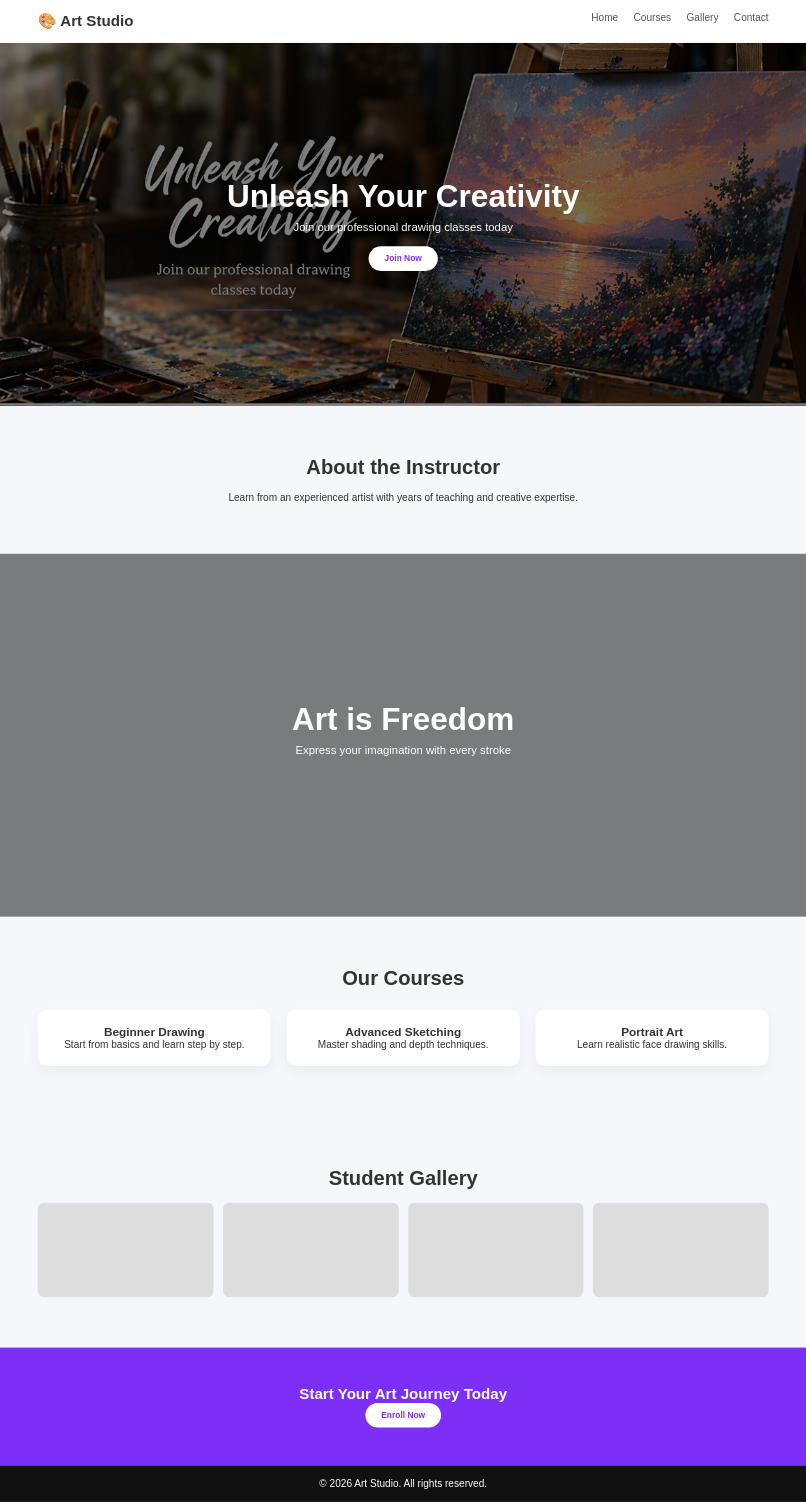
Repository: nandharjpm/Art-World
Page: http://localhost/
The author's editor kept a copy of each file at every save. The page is drawn from the files as they stood at one save, then again after the next save.
The browser window is 1280 px wide. The pictures show the whole page, at 63% of full size.
Backgrounds fixed to the window are drawn as part of the page. The page is served by the project's Laravel application, run on PHP 8.4 with Laravel 12. Other server files are loaded and not shown.

Above is the page before, as saved 2026-04-18 15:02:52.

### resources/views/welcome.blade.php
<!DOCTYPE html>
<html lang="en">
<head>
    <meta charset="UTF-8">
    <meta name="viewport" content="width=device-width, initial-scale=1.0">
    <title>Art Studio</title>

    <!-- CSS -->
    <link rel="stylesheet" href="{{ asset('css/style.css') }}">
</head>
<body>

<!-- Navbar -->
<nav class="navbar">
    <h1>🎨 Art Studio</h1>
    <div>
        <a href="#">Home</a>
        <a href="#">Courses</a>
        <a href="#">Gallery</a>
        <a href="#">Contact</a>
    </div>
</nav>

<!-- PARALLAX HERO -->
<div class="parallax" style="background-image: url('{{ asset('images/art1.png') }}');">
    <div class="parallax-content">
        <h1>Unleash Your Creativity</h1>
        <p>Join our professional drawing classes today</p>
        <button class="btn">Join Now</button>
    </div>
</div>

<!-- About -->
<div class="section">
    <h2>About the Instructor</h2>
    <p>Learn from an experienced artist with years of teaching and creative expertise.</p>
</div>

<!-- PARALLAX MIDDLE -->
<div class="parallax" style="background-image: url('{{ asset('images/art2.jpg') }}');">
    <div class="parallax-content">
        <h1>Art is Freedom</h1>
        <p>Express your imagination with every stroke</p>
    </div>
</div>

<!-- Courses -->
<div class="section">
    <h2>Our Courses</h2>
    <div class="card-container">
        <div class="card">
            <h3>Beginner Drawing</h3>
            <p>Start from basics and learn step by step.</p>
        </div>
        <div class="card">
            <h3>Advanced Sketching</h3>
            <p>Master shading and depth techniques.</p>
        </div>
        <div class="card">
            <h3>Portrait Art</h3>
            <p>Learn realistic face drawing skills.</p>
        </div>
    </div>
</div>

<!-- Gallery -->
<div class="section">
    <h2>Student Gallery</h2>
    <div class="gallery">
        <div></div>
        <div></div>
        <div></div>
        <div></div>
    </div>
</div>

<!-- CTA -->
<div class="cta">
    <h2>Start Your Art Journey Today</h2>
    <button class="btn">Enroll Now</button>
</div>

<!-- Footer -->
<div class="footer">
    <p>© 2026 Art Studio. All rights reserved.</p>
</div>

</body>
</html>

### public/css/style.css
/* Reset */
* {
    margin: 0;
    padding: 0;
    box-sizing: border-box;
}

body {
    font-family: 'Poppins', sans-serif;
    background: #f5f7fb;
    color: #333;
}

/* Navbar */
.navbar {
    display: flex;
    justify-content: space-between;
    padding: 20px 60px;
    background: #ffffff;
    box-shadow: 0 4px 10px rgba(0,0,0,0.05);
    position: sticky;
    top: 0;
    z-index: 1000;
}

.navbar h1 {
    font-size: 24px;
    font-weight: 600;
}

.navbar a {
    margin-left: 20px;
    text-decoration: none;
    color: #555;
    transition: 0.3s;
}

.navbar a:hover {
    color: #000;
}

/* PARALLAX */
.parallax {
    height: 80vh;
    background-size: cover;
    background-position: center;
    background-attachment: fixed;
    display: flex;
    justify-content: center;
    align-items: center;
    text-align: center;
    position: relative;
    color: white;
}

/* Overlay */
.parallax::before {
    content: "";
    position: absolute;
    inset: 0;
    background: rgba(0, 0, 0, 0.5);
}

/* Content */
.parallax-content {
    position: relative;
    z-index: 2;
}

.parallax h1 {
    font-size: 50px;
    margin-bottom: 10px;
}

.parallax p {
    font-size: 18px;
    margin-bottom: 20px;
}

/* Button */
.btn {
    padding: 12px 25px;
    border-radius: 30px;
    border: none;
    cursor: pointer;
    background: white;
    color: #7b2ff7;
    font-weight: 600;
    transition: 0.3s;
}

.btn:hover {
    background: #eee;
}

/* Section */
.section {
    padding: 80px 60px;
    text-align: center;
}

.section h2 {
    font-size: 32px;
    margin-bottom: 20px;
}

/* Cards */
.card-container {
    display: grid;
    grid-template-columns: repeat(3, 1fr);
    gap: 25px;
    margin-top: 30px;
}

.card {
    background: #fff;
    padding: 25px;
    border-radius: 15px;
    box-shadow: 0 8px 20px rgba(0,0,0,0.05);
    transition: 0.3s;
}

.card:hover {
    transform: translateY(-8px);
    box-shadow: 0 12px 25px rgba(0,0,0,0.1);
}

/* Gallery */
.gallery {
    display: grid;
    grid-template-columns: repeat(4, 1fr);
    gap: 15px;
}

.gallery div {
    height: 150px;
    background: #ddd;
    border-radius: 10px;
}

/* CTA */
.cta {
    background: #7b2ff7;
    color: white;
    padding: 60px;
    text-align: center;
}

/* Footer */
.footer {
    background: #111;
    color: white;
    padding: 20px;
    text-align: center;
}

/* Responsive */
@media(max-width: 900px) {
    .card-container {
        grid-template-columns: 1fr;
    }

    .gallery {
        grid-template-columns: 1fr 1fr;
    }

    .parallax {
        background-attachment: scroll;
    }
}

Loaded but not shown: app/Providers/AppServiceProvider.php (common file); routes/web.php (common file)

After the next save:
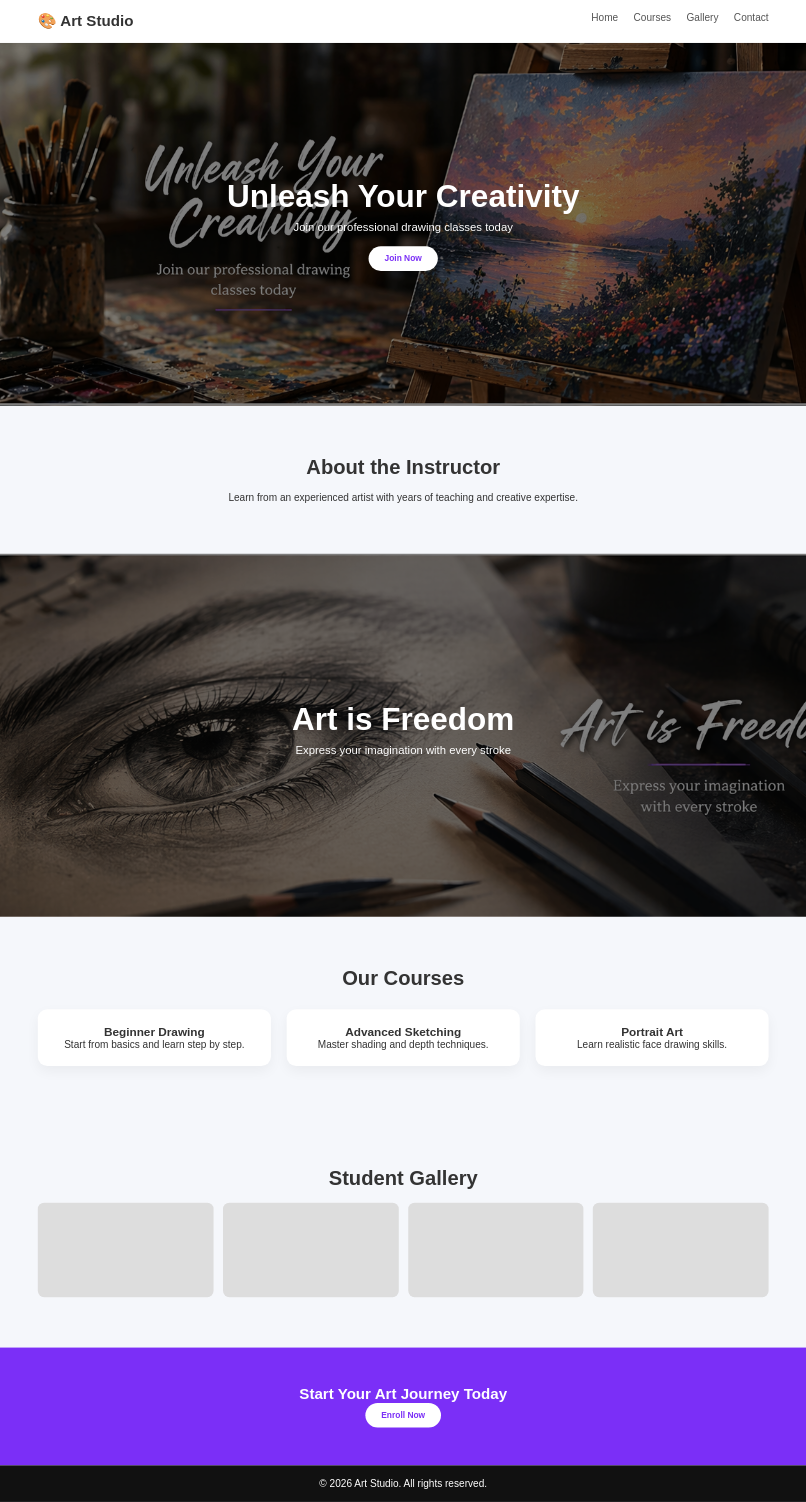
Saved 11 s later.
--- a/resources/views/welcome.blade.php
+++ b/resources/views/welcome.blade.php
@@ -37,7 +37,7 @@
 </div>
 
 <!-- PARALLAX MIDDLE -->
-<div class="parallax" style="background-image: url('{{ asset('images/art2.jpg') }}');">
+<div class="parallax" style="background-image: url('{{ asset('images/art2.png') }}');">
     <div class="parallax-content">
         <h1>Art is Freedom</h1>
         <p>Express your imagination with every stroke</p>
